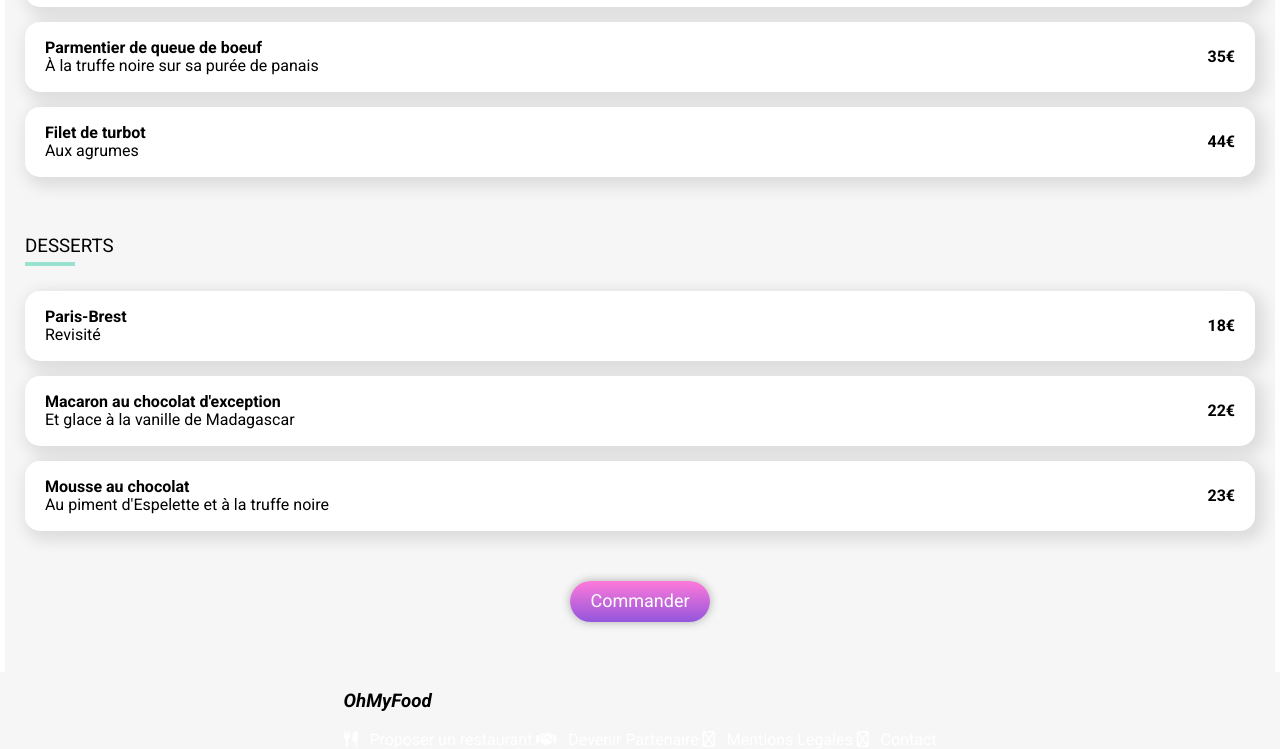
Repository: ultraasedev/ohmyfood
Page: pages_menu/la-palette-du-gout.html
The author's editor kept a copy of each file at every save. The page is drawn from the files as they stood at one save, then again after the next save.
The browser window is 1280 px wide. The pictures show the part of the page from y = 798 to 1750 px (the page is 1547 px tall before and 1750 px after).
Some web fonts or font styles are not loaded; a fallback is used. Some web libraries are served in a nearby version.

Above is the page before, as saved 2022-11-13 14:05:38.

### pages_menu/la-palette-du-gout.html
<!doctype html>
<html lang="fr">
    <head>
        <meta charset="UTF-8">
        <meta name="viewport" content="width=device-width,minimum-scale=1,initial-scale=1,maximum-scale=2">

      <title>Ohmyfood!  - La palette du goût</title>
       <meta name="description" content="Ohmyfood! est une entreprise de commande de repas en ligne. Notre concept permet aux
       utilisateurs de composer leur propre menu et réduire leur temps d’attente dans les
       restaurants car leur menu est préparé à l’avance. Plus de perte de temps à consulter la carte"/>
       <meta property="og:site_name" content="Ohmyfood!  - est une entreprise de commande de repas en ligne. Notre concept permet aux
       utilisateurs de composer leur propre menu et réduire leur temps d’attente dans les
       restaurants car leur menu est préparé à l’avance. Plus de perte de temps à consulter la carte" />
       <meta property="og:description" content="est une entreprise de commande de repas en ligne. Notre concept permet aux
       utilisateurs de composer leur propre menu et réduire leur temps d’attente dans les
       restaurants car leur menu est préparé à l’avance. Plus de perte de temps à consulter la carte" />




       <link type="text/css" rel="stylesheet" href="css/normalize.css"/>
       <link type="text/css" rel="stylesheet" href="css/all.min.css"/>
       <link type="text/css" rel="stylesheet" href="css/fontawesome.min.css"/>
       <link rel="preconnect" href="https://fonts.googleapis.com">
        <link rel="preconnect" href="https://fonts.gstatic.com" crossorigin>
       <link href="https://fonts.googleapis.com/css2?family=Roboto:ital,wght@0,100;0,300;0,400;0,500;0,700;0,900;1,100;1,300;1,400;1,500;1,700;1,900&family=Shrikhand&display=swap" rel="stylesheet">
       <script   src="https://kit.fontawesome.com/f132f25ed3.js" crossorigin="anonymous"></script>

       <link type="text/css" rel="stylesheet" href="../css/pages-style.css" />


</head>
<body>
     <!-- Logo -->
     <header>
      <div class="header">
        <div class="header__arrow-back"><a href="../index.html"><i class="fas fa-arrow-left"></i></a></div>
          <h1 class="header__logo"><a href="../index.html">ohmyfood</a></h1>
      </div>
  </header>

     <!-- Image -->
     <div class="img">
       <img class="img__image" src="../img/restaurant1.jpg" alt="La palette du goût">
     </div>

     <!-- Menu -->
     <section id="menu">
       <div class="menu">
         <div class="menu__header">
           <h2 class="menu__header__title">La palette du goût</h2>
           <div class="menu__header__heart">
            <svg class="heart heart-full" viewBox="-20 0 550 550"  xml:space="preserve">
              <path d="M376,30c-27.783,0-53.255,8.804-75.707,26.168c-21.525,16.647-35.856,37.85-44.293,53.268
                       c-8.437-15.419-22.768-36.621-44.293-53.268C189.255,38.804,163.783,30,136,30C58.468,30,0,93.417,0,177.514
                       c0,90.854,72.943,153.015,183.369,247.118c18.752,15.981,40.007,34.095,62.099,53.414C248.38,480.596,252.12,482,256,482
                       s7.62-1.404,10.532-3.953c22.094-19.322,43.348-37.435,62.111-53.425C439.057,330.529,512,268.368,512,177.514
                       C512,93.417,453.532,30,376,30z"/>
            <defs>
              <linearGradient id="text-fill">
                    <stop offset="0%" stop-color="#9356DC" />
                    <stop offset="100%" stop-color="#FF79DA" />
              </linearGradient>
            </defs>
          </svg>

          <svg class="heart heart-empty" viewBox="-20 0 550 550"  xml:space="preserve">
              <path d="M376,30c-27.783,0-53.255,8.804-75.707,26.168c-21.525,16.647-35.856,37.85-44.293,53.268
                       c-8.437-15.419-22.768-36.621-44.293-53.268C189.255,38.804,163.783,30,136,30C58.468,30,0,93.417,0,177.514
                       c0,90.854,72.943,153.015,183.369,247.118c18.752,15.981,40.007,34.095,62.099,53.414C248.38,480.596,252.12,482,256,482
                       s7.62-1.404,10.532-3.953c22.094-19.322,43.348-37.435,62.111-53.425C439.057,330.529,512,268.368,512,177.514
                       C512,93.417,453.532,30,376,30z"/>
            <defs>
              <linearGradient>
                    <stop offset="0%" stop-color="#9356DC" />
                    <stop offset="100%" stop-color="#FF79DA" />
              </linearGradient>
            </defs>
          </svg>
           </div>
         </div>
          <div class="menu__grid">
            <div class="menu__grid__bloc">
              <div class="menu__grid__title"><h3>entrées</h3></div>
              <div class="menu__grid__case appears-with-opacity" id="case-1">
                <div class="dish-and-price">
                  <div class="menu__case__dish">
                    <div class="menu__case__dish-title">
                      <p>Fricassée d'escargot</p>
                    </div>
                    <div class="menu__case__dish-subtitle">
                      <p>Au piment d'Espelette</p>
                    </div>
                  </div>
                  <div class="menu__case__price">25€</div>
              </div>
                <div class="validation__box">
                  <i class="fas fa-check-circle"></i>
                </div>
              </div>
              <div class="menu__grid__case appears-with-opacity" id="case-2">
                <div class="dish-and-price">
                  <div class="menu__case__dish">
                    <div class="menu__case__dish-title">
                      <p>Foie gras de canard mi-cuit</p>
                    </div>
                    <div class="menu__case__dish-subtitle">
                      <p>Et ses copeaux de truffe noire</p>
                    </div>
                  </div>
                  <div class="menu__case__price">35€</div>
              </div>
                <div class="validation__box">
                  <i class="fas fa-check-circle"></i>
                </div>
              </div>
              <div class="menu__grid__case appears-with-opacity" id="case-3">
                <div class="dish-and-price">
                  <div class="menu__case__dish">
                    <div class="menu__case__dish-title">
                      <p>Oeuf au plat</p>
                    </div>
                    <div class="menu__case__dish-subtitle">
                      <p>Assaisonné à la truffe sur lit de caviar</p>
                    </div>
                  </div>
                  <div class="menu__case__price">20€</div>
              </div>
                <div class="validation__box">
                  <i class="fas fa-check-circle"></i>
                </div>
              </div>
            </div>
            <div class="menu__grid__bloc">
             <div class="menu__grid__title"><h3>plats</h3></div>
             <div class="menu__grid__case appears-with-opacity" id="case-4">
              <div class="dish-and-price">
                <div class="menu__case__dish">
                  <div class="menu__case__dish-title">
                    <p>Filet de boeuf aux herbes</p>
                  </div>
                  <div class="menu__case__dish-subtitle">
                    <p>Accompagné de sa ribambelle de légumes</p>
                  </div>
                </div>
                <div class="menu__case__price">40€</div>
            </div>
              <div class="validation__box">
                <i class="fas fa-check-circle"></i>
              </div>
            </div>
            <div class="menu__grid__case appears-with-opacity" id="case-5">
              <div class="dish-and-price">
                <div class="menu__case__dish">
                  <div class="menu__case__dish-title">
                    <p>Parmentier de queue de boeuf</p>
                  </div>
                  <div class="menu__case__dish-subtitle">
                    <p>À la truffe noire sur sa purée de panais</p>
                  </div>
                </div>
                <div class="menu__case__price">35€</div>
            </div>
              <div class="validation__box">
                <i class="fas fa-check-circle"></i>
              </div>
            </div>
            <div class="menu__grid__case appears-with-opacity" id="case-6">
              <div class="dish-and-price">
                <div class="menu__case__dish">
                  <div class="menu__case__dish-title">
                    <p>Filet de turbot</p>
                  </div>
                  <div class="menu__case__dish-subtitle">
                    <p>Aux agrumes</p>
                  </div>
                </div>
                <div class="menu__case__price">44€</div>
            </div>
              <div class="validation__box">
                <i class="fas fa-check-circle"></i>
              </div>
            </div>
           </div>
           <div class="menu__grid__bloc">
             <div class="menu__grid__title"><h3>desserts</h3></div>
             <div class="menu__grid__case appears-with-opacity" id="case-7">
              <div class="dish-and-price">
                <div class="menu__case__dish">
                  <div class="menu__case__dish-title">
                    <p>Paris-Brest</p>
                  </div>
                  <div class="menu__case__dish-subtitle">
                    <p>Revisité</p>
                  </div>
                </div>
                <div class="menu__case__price">18€</div>
            </div>
              <div class="validation__box">
                <i class="fas fa-check-circle"></i>
              </div>
            </div>
            <div class="menu__grid__case appears-with-opacity" id="case-8">
              <div class="dish-and-price">
                <div class="menu__case__dish">
                  <div class="menu__case__dish-title">
                    <p>Macaron au chocolat d'exception</p>
                  </div>
                  <div class="menu__case__dish-subtitle">
                    <p>Et glace à la vanille de Madagascar</p>
                  </div>
                </div>
                <div class="menu__case__price">22€</div>
            </div>
              <div class="validation__box">
                <i class="fas fa-check-circle"></i>
              </div>
            </div>
            <div class="menu__grid__case appears-with-opacity" id="case-9">
              <div class="dish-and-price">
                <div class="menu__case__dish">
                  <div class="menu__case__dish-title">
                    <p>Mousse au chocolat</p>
                  </div>
                  <div class="menu__case__dish-subtitle">
                    <p>Au piment d'Espelette et à la truffe noire</p>
                  </div>
                </div>
                <div class="menu__case__price">23€</div>
            </div>
              <div class="validation__box">
                <i class="fas fa-check-circle"></i>
              </div>
            </div>
           </div>
          </div>
          <div class="menu__contain-button">
            <div class="menu__button">Commander</div>
          </div>
         </div>
     </section>

<!--FOOTER-->
<footer>
    <div class="container-footer">
      <div class="card-footer">
        <h3 style="font-family: 'Roboto';font-weight: 700;font-style: italic;">OhMyFood</h3>
        <!--<img src="images/logo/ohmyfood.png" alt="Ohmyfood !" height="20px" width="80px" style="margin-bottom: 10px;"/>-->
        <a href="#"><i class="fa-solid fa-utensils"></i>&nbsp;&nbsp;&nbsp;Proposer un restaurant</a>
        <a href="#"><i class="fa-solid fa-handshake"></i>&nbsp;&nbsp;&nbsp;Devenir Partenaire</a>
        <a href="#"><i class="fa-regular fa-circle-info"></i>&nbsp;&nbsp;&nbsp;Mentions Legales</a>
        <a href="#"><i class="fa-regular fa-phone"></i>&nbsp;&nbsp;&nbsp;Contact</a>

      </div>

  </footer>

### css/pages-style.css
body {
    font-family: 'Roboto', sans-serif;
    margin: 0;
    background: #f6f6f6;
    display: -webkit-box;
    display: -ms-flexbox;
    display: flex;
    -webkit-box-pack: center;
        -ms-flex-pack: center;
            justify-content: center;
    -webkit-box-align: center;
        -ms-flex-align: center;
            align-items: center;
    -webkit-box-orient: vertical;
    -webkit-box-direction: normal;
        -ms-flex-direction: column;
            flex-direction: column;
  }

  * a {
    text-decoration: none;
    color: white;
  }

  header {
    z-index: 10;
    background: white;
    width: 100%;
  }

  header .header {
    -webkit-box-shadow: 0px 5px 6px 0px rgba(0, 0, 0, 0.2);
            box-shadow: 0px 5px 6px 0px rgba(0, 0, 0, 0.2);
    position: relative;
    display: -webkit-box;
    display: -ms-flexbox;
    display: flex;
    -webkit-box-pack: center;
        -ms-flex-pack: center;
            justify-content: center;
    -webkit-box-align: center;
        -ms-flex-align: center;
            align-items: center;
    height: 80px;
    width: 100%;
  }

  header .header__arrow-back {
    width: 50px;
    height: 50px;
    position: absolute;
    left: 35px;
    top: 40%;
    font-size: 20px;
  }

  header .header__arrow-back a {
    color: #000;
  }

  header .header__logo {
    font-family: 'Shrikhand', cursive;
    margin: 0;
  }

  header .header__logo a {
    color: #000;
  }

  .img {
    width: 100%;
    height: 50vh;
  }

  .img__image {
    margin-top: -80px;
    width: 100%;
    height: 100%;
    -o-object-fit: cover;
       object-fit: cover;
  }

  #menu {
    background: white;
    width: 100%;
    display: -webkit-box;
    display: -ms-flexbox;
    display: flex;
    -webkit-box-pack: center;
        -ms-flex-pack: center;
            justify-content: center;
    -webkit-box-align: center;
        -ms-flex-align: center;
            align-items: center;
  }

  .menu {
    margin-top: -200px;
    padding: 0 20px;
    width: 100%;
    max-width: 1230px;
    border-radius: 30px 30px 0 0;
    background-color: #F6F6F6;
  }

  .menu__header {
    display: -webkit-box;
    display: -ms-flexbox;
    display: flex;
    -webkit-box-orient: horizontal;
    -webkit-box-direction: normal;
        -ms-flex-direction: row;
            flex-direction: row;
    -webkit-box-align: center;
        -ms-flex-align: center;
            align-items: center;
    -webkit-box-pack: justify;
        -ms-flex-pack: justify;
            justify-content: space-between;
  }

  .menu__header__title {
    font-family: 'Shrikhand', cursive;
  }

  .menu__header__heart .heart {
    width: 30px;
    stroke-width: 30;
    stroke: black;
    fill: white;
    cursor: pointer;
  }

  .menu__header__heart .heart-full {
    position: absolute;
    fill: url(#text-fill);
    stroke: none;
  }

  .menu__header__heart .heart-empty {
    position: relative;
  }

  .menu__header__heart .heart-empty:hover {
    opacity: 0;
    -webkit-transition: 0.5s;
    transition: 0.5s;
  }

  .menu__grid {
    display: -ms-grid;
    display: grid;
    grid-gap: 40px;
  }

  .menu__grid__bloc {
    display: -ms-grid;
    display: grid;
    grid-gap: 15px;
  }

  .menu__grid__title h3 {
    position: relative;
    font-weight: 400;
    text-transform: uppercase;
  }

  .menu__grid__title h3::after {
    content: '';
    width: 50px;
    height: 4px;
    background: #99e2d0;
    position: absolute;
    z-index: 20;
    left: 0px;
    bottom: -8px;
  }

  .menu__grid__case {
    position: relative;
    cursor: pointer;
    overflow: hidden;
    display: -webkit-box;
    display: -ms-flexbox;
    display: flex;
    -webkit-box-pack: justify;
        -ms-flex-pack: justify;
            justify-content: space-between;
    -webkit-box-align: center;
        -ms-flex-align: center;
            align-items: center;
    width: 100%;
    height: 70px;
    border-radius: 15px;
    background-color: white;
    -webkit-box-shadow: 5px 5px 15px 5px rgba(0, 0, 0, 0.1);
            box-shadow: 5px 5px 15px 5px rgba(0, 0, 0, 0.1);
  }

  .menu__grid__case:hover .validation__box {
    display: -webkit-box;
    display: -ms-flexbox;
    display: flex;
    -webkit-box-pack: center;
        -ms-flex-pack: center;
            justify-content: center;
    -webkit-box-align: center;
        -ms-flex-align: center;
            align-items: center;
    -webkit-animation: slide-left 0.5s ease;
            animation: slide-left 0.5s ease;
    -webkit-transform-origin: right;
            transform-origin: right;
  }

  .menu__grid__case:hover .menu__case__price {
    padding-right: 70px;
    -webkit-transition: 0.5s ease;
    transition: 0.5s ease;
  }

  .menu__grid__case .validation__box {
    display: none;
    position: absolute;
    background: #99E2D0;
    border-radius: 0 15px 15px 0;
    right: 0px;
    padding: 0 13px;
    height: 100%;
  }

  .menu__grid__case .validation__box i {
    font-size: 30px;
    color: white;
    -webkit-transform: rotate(180deg);
            transform: rotate(180deg);
    -webkit-animation: rotate 0.5s both;
            animation: rotate 0.5s both;
  }

  .menu__case__dish {
    margin-left: 20px;
    white-space: nowrap;
    overflow: hidden;
  }

  .menu__case__dish p {
    margin: 0;
    text-overflow: ellipsis;
    overflow: hidden;
  }

  .menu__case__dish-title {
    font-weight: bold;
  }

  .menu__case__price {
    padding-right: 20px;
    font-weight: bold;
    padding-left: 7px;
  }

  .menu__contain-button {
    display: -webkit-box;
    display: -ms-flexbox;
    display: flex;
    -webkit-box-pack: center;
        -ms-flex-pack: center;
            justify-content: center;
    -webkit-box-align: center;
        -ms-flex-align: center;
            align-items: center;
    width: 100%;
  }

  .menu__button {
    opacity: 1;
    background: -webkit-gradient(linear, left top, left bottom, from(#ff79da), to(#9356dc));
    background: linear-gradient(180deg, #ff79da 0%, #9356dc 100%);
    color: white;
    padding: 0 20px;
    border-radius: 200px;
    -webkit-box-shadow: 0px 0px 10px 0px rgba(0, 0, 0, 0.3);
            box-shadow: 0px 0px 10px 0px rgba(0, 0, 0, 0.3);
    padding: 10px 20px;
    margin: 50px 0;
    font-size: 18px;
  }

  .menu__button:hover {
    opacity: 0.8;
    cursor: pointer;
    -webkit-transition: .3s;
    transition: .3s;
    -webkit-box-shadow: 0px 0px 10px 0px rgba(0, 0, 0, 0.6);
            box-shadow: 0px 0px 10px 0px rgba(0, 0, 0, 0.6);
  }

  .dish-and-price {
    width: 100%;
    display: -webkit-box;
    display: -ms-flexbox;
    display: flex;
    -webkit-box-pack: justify;
        -ms-flex-pack: justify;
            justify-content: space-between;
    -webkit-box-align: center;
        -ms-flex-align: center;
            align-items: center;
  }

  @-webkit-keyframes rotate {
    0% {
      -webkit-transform: rotate(0);
              transform: rotate(0);
    }
    100% {
      -webkit-transform: rotate(360deg);
              transform: rotate(360deg);
    }
  }

  @keyframes rotate {
    0% {
      -webkit-transform: rotate(0);
              transform: rotate(0);
    }
    100% {
      -webkit-transform: rotate(360deg);
              transform: rotate(360deg);
    }
  }

  @-webkit-keyframes slide-left {
    0% {
      -webkit-transform: scaleX(0);
              transform: scaleX(0);
    }
    100% {
      -webkit-transform: scaleX(-50px);
              transform: scaleX(-50px);
    }
  }

  @keyframes slide-left {
    0% {
      -webkit-transform: scaleX(0);
              transform: scaleX(0);
    }
    100% {
      -webkit-transform: scaleX(-50px);
              transform: scaleX(-50px);
    }
  }

  @-webkit-keyframes opacity {
    0% {
      opacity: 0;
    }
    100% {
      opacity: 1;
    }
  }

  @keyframes opacity {
    0% {
      opacity: 0;
    }
    100% {
      opacity: 1;
    }
  }

  .appears-with-opacity {
    -webkit-animation: opacity 1s both;
            animation: opacity 1s both;
  }

  #case-1 {
    -webkit-animation-delay: 0.1s;
            animation-delay: 0.1s;
  }

  #case-2 {
    -webkit-animation-delay: 0.2s;
            animation-delay: 0.2s;
  }

  #case-3 {
    -webkit-animation-delay: 0.3s;
            animation-delay: 0.3s;
  }

  #case-4 {
    -webkit-animation-delay: 0.4s;
            animation-delay: 0.4s;
  }

  #case-5 {
    -webkit-animation-delay: 0.5s;
            animation-delay: 0.5s;
  }

  #case-6 {
    -webkit-animation-delay: 0.6s;
            animation-delay: 0.6s;
  }

  #case-7 {
    -webkit-animation-delay: 0.7s;
            animation-delay: 0.7s;
  }

  #case-8 {
    -webkit-animation-delay: 0.8s;
            animation-delay: 0.8s;
  }

  #case-9 {
    -webkit-animation-delay: 0.9s;
            animation-delay: 0.9s;
  }

Loaded but not shown: css/normalize.css (library); css/all.min.css (library); css/fontawesome.min.css (library)

After the next save:
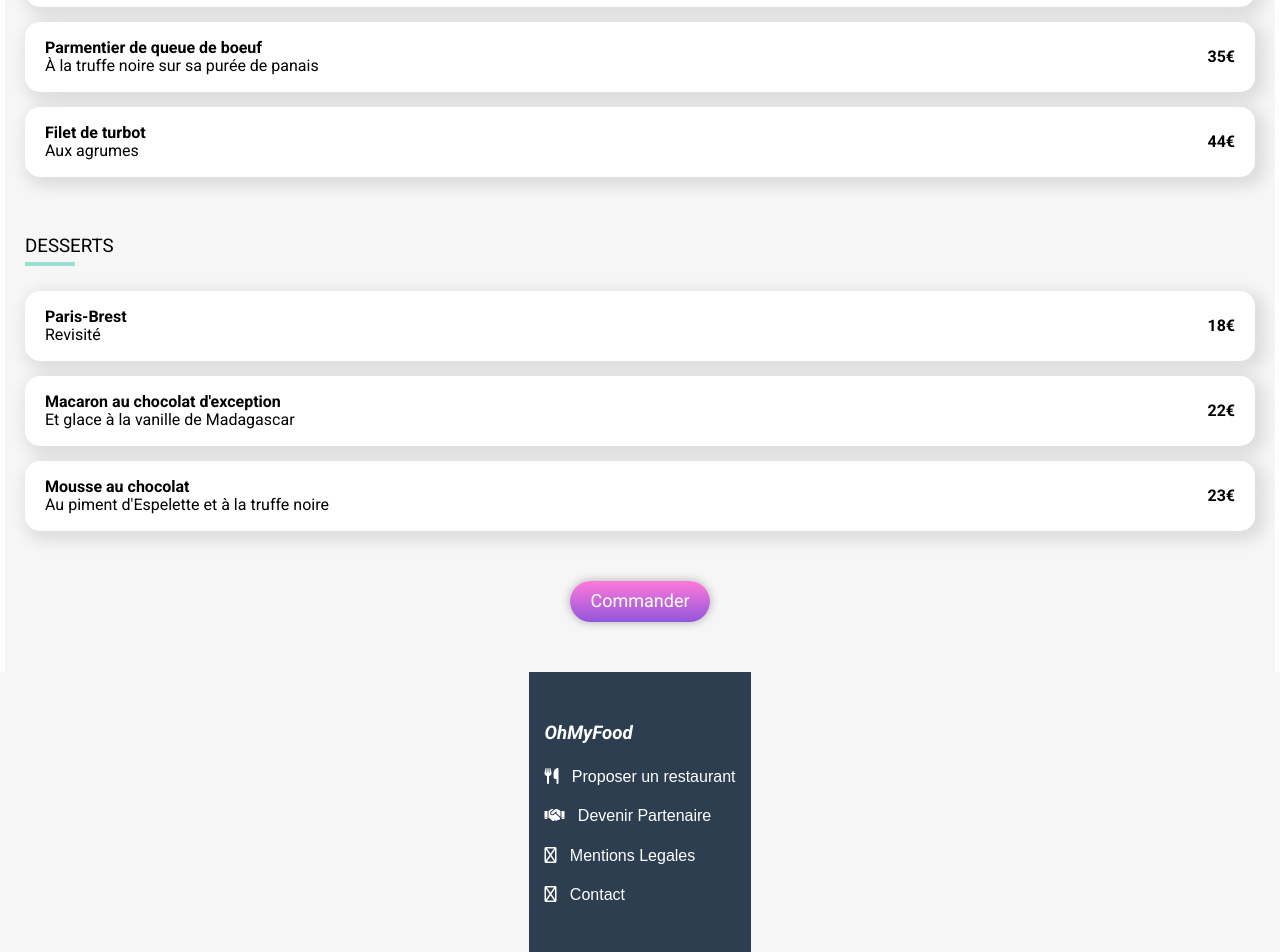
Saved 43 s later.
--- a/css/pages-style.css
+++ b/css/pages-style.css
@@ -420,3 +420,32 @@ body {
     -webkit-animation-delay: 0.9s;
             animation-delay: 0.9s;
   }
+  /*FOOTER*/
+footer {
+    background-color: #2c3e50;
+    padding: 32px 16px;
+    color: #fff;
+  }
+  .container-footer {
+    display: flex;
+    max-width: 1330px;
+    margin: auto;
+    font-family: "Raleway", sans-serif;
+    gap: 16px;
+  }
+  .card-footer {
+    display: flex;
+    flex-direction: column;
+    min-width: 30%;
+  }
+
+  .card-footer a {
+    margin-top: 5px;
+    margin-bottom: 16px;
+    text-decoration: none;
+    color: inherit;
+  }
+
+  .card-footer a:hover {
+    text-decoration: underline !important;
+  }
